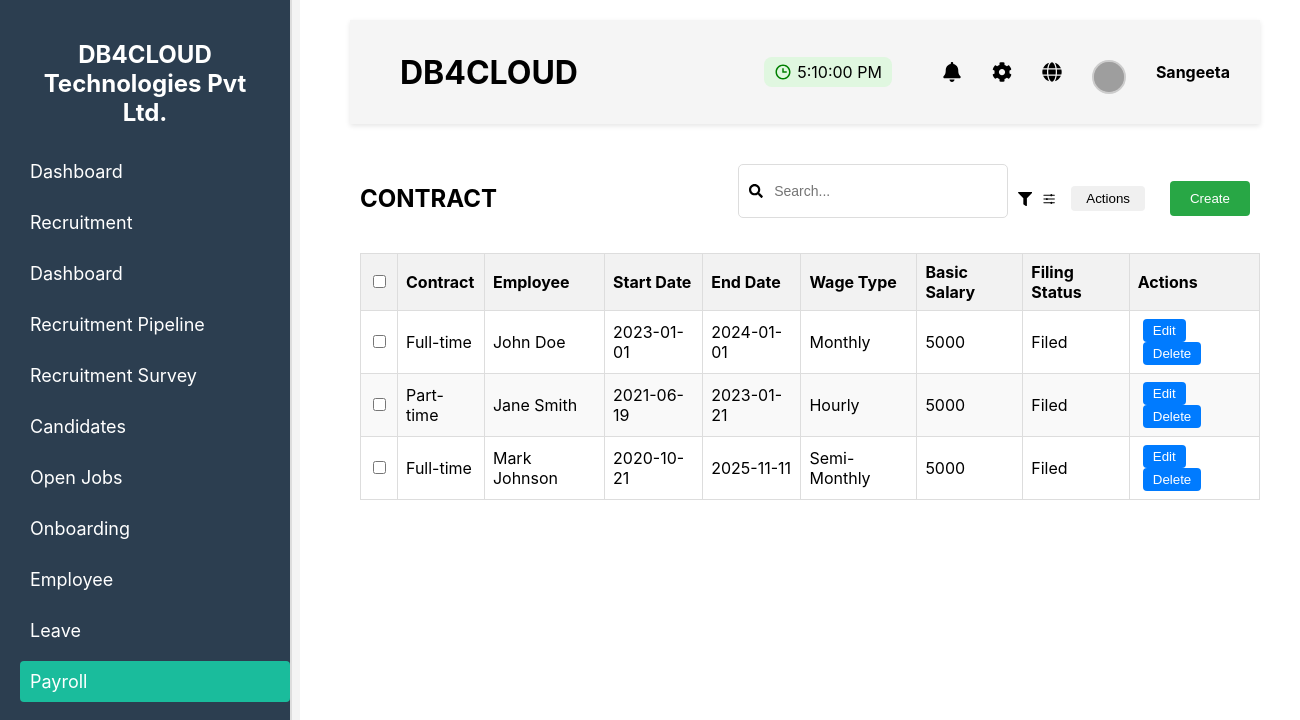
Repository: tinu-ns/Dev-code
Page: /payroll/contract (app in HRMS-DEMO-Sang/hrms/)
These files come from the project's save history. The page is drawn as it stood at one moment and after the next save; the edit follows.
The browser window is 1280 px wide. The page is 1300 px wide, so the pictures cover 1300 px, including what lies to the right of the window. The pictures show the whole page.
Pictures or frames that could not be fetched are drawn as grey boxes. The project was rebuilt for these pictures with package versions that can differ from the ones it lists, and the page was loaded fresh each time. Also part of the build but not shown: HRMS-DEMO-Sang/hrms/src/components/Dashboard.js, HRMS-DEMO-Sang/hrms/src/components/Recruitment/RecruitmentDashboard.js, HRMS-DEMO-Sang/hrms/src/components/Recruitment/RecruitmentPipeline.js, HRMS-DEMO-Sang/hrms/src/components/Payroll/Allowances.js, HRMS-DEMO-Sang/hrms/src/components/Payroll/Deductions.js, HRMS-DEMO-Sang/hrms/src/components/Payroll/Payslips.js, HRMS-DEMO-Sang/hrms/src/components/Payroll/PayrollDashboard.js, HRMS-DEMO-Sang/hrms/src/components/MainContent.css and 4 more.

Above is the page before, as saved 2024-11-09 17:22:52.

After the next save:
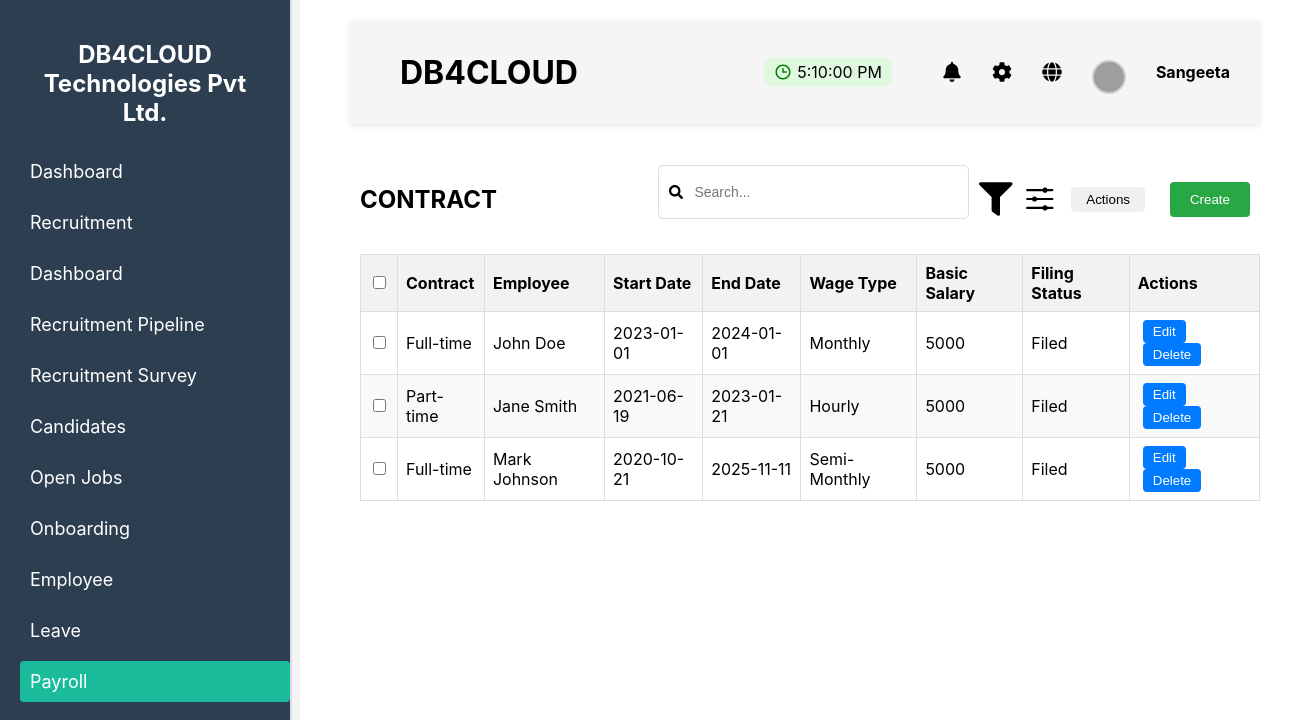
Saved 32 s later.
--- a/HRMS-DEMO-Sang/hrms/src/components/Payroll/Contract.css
+++ b/HRMS-DEMO-Sang/hrms/src/components/Payroll/Contract.css
@@ -34,7 +34,7 @@
   }
 
   .header-icon {
-    font-size: 30px;
+    font-size: 70px;
     cursor: pointer;
   }
 

After the save that followed:
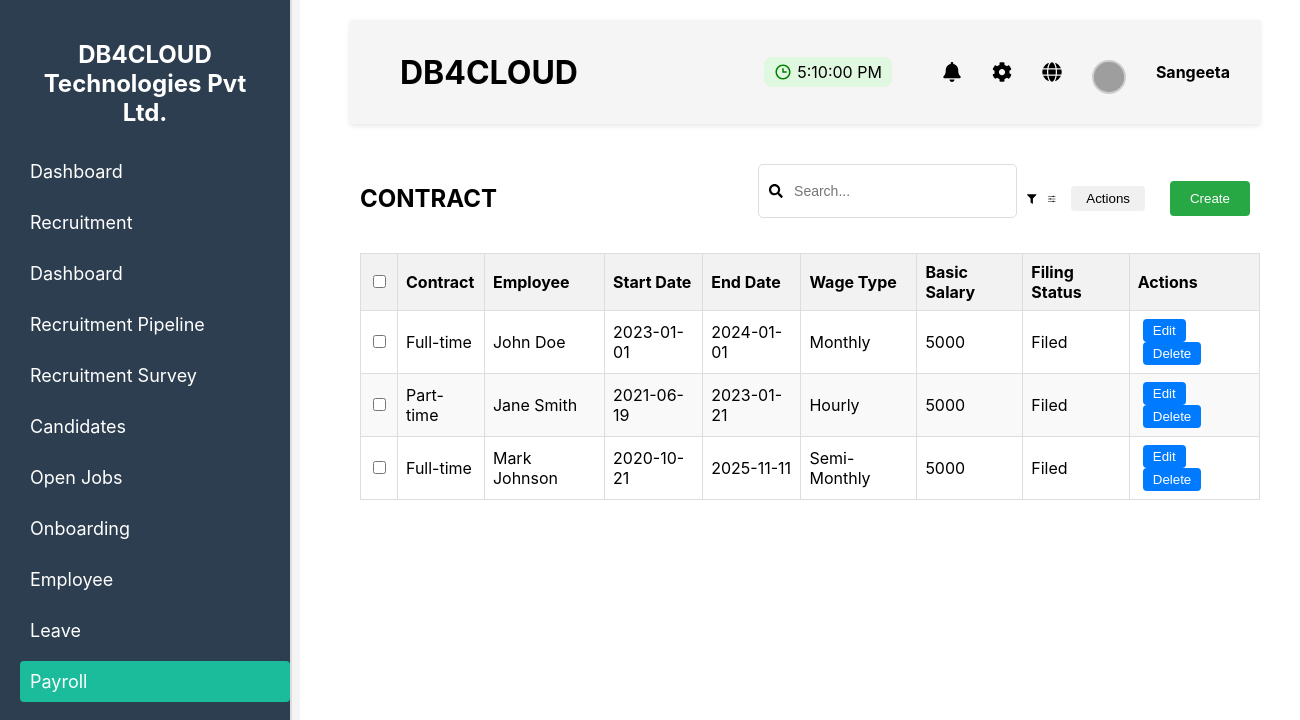
Saved 7 s later.
--- a/HRMS-DEMO-Sang/hrms/src/components/Payroll/Contract.css
+++ b/HRMS-DEMO-Sang/hrms/src/components/Payroll/Contract.css
@@ -34,7 +34,7 @@
   }
 
   .header-icon {
-    font-size: 70px;
+    font-size: 20px;
     cursor: pointer;
   }
 
